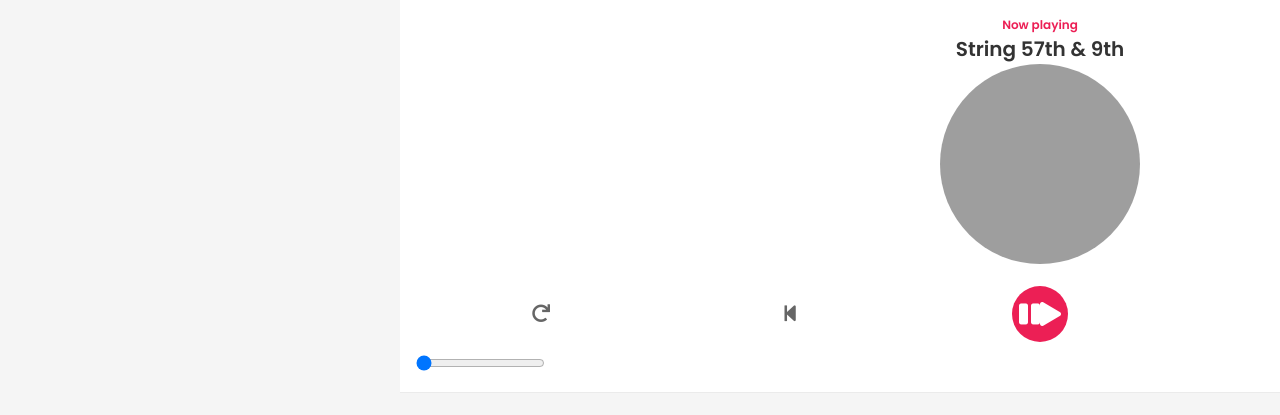
Repository: NBlue/Music_Player
Page: index.html
These files come from the project's save history. The page is drawn as it stood at one moment and after the next save; the edit follows.
The browser window is 1280 px wide. The pictures show the whole page.
Pictures or frames that could not be fetched are drawn as grey boxes.

Above is the page before, as saved 2021-10-12 22:01:28.

### index.html
<!DOCTYPE html>
<html lang="en">
    <head>
        <meta charset="UTF-8" />
        <meta http-equiv="X-UA-Compatible" content="IE=edge" />
        <meta name="viewport" content="width=device-width, initial-scale=1.0" />
        <title>Music player</title>
        <link
            rel="stylesheet"
            href="https://cdnjs.cloudflare.com/ajax/libs/font-awesome/5.15.2/css/all.min.css"
            integrity="sha512-HK5fgLBL+xu6dm/Ii3z4xhlSUyZgTT9tuc/hSrtw6uzJOvgRr2a9jyxxT1ely+B+xFAmJKVSTbpM/CuL7qxO8w=="
            crossorigin="anonymous"
        />
        <link rel="preconnect" href="https://fonts.gstatic.com" />
        <link
            href="https://fonts.googleapis.com/css2?family=Poppins:wght@300;400;600&display=swap"
            rel="stylesheet"
        />

        <link rel="stylesheet" href="./assets/css/style.css" />
    </head>
    <body>
        <div class="player">
            <!-- Dashboard - Bảng điều khiển -->
            <div class="dashboard">
                <!-- Header -->
                <header>
                    <h4>Now playing</h4>
                    <h2>String 57th & 9th</h2>
                </header>

                <!-- CD -->
                <div class="cd">
                    <div
                        class="cd-thumb"
                        style="
                            background-image: url(https://i.ytimg.com/vi/jTLhQf5KJSc/maxresdefault.jpg);
                        "
                    ></div>
                </div>

                <!-- Control -->
                <div class="control">
                    <div class="btn btn-repeat">
                        <i class="fas fa-redo"></i>
                    </div>
                    <div class="btn btn-prev">
                        <i class="fas fa-step-backward"></i>
                    </div>
                    <div class="btn btn-toggle-play">
                        <i class="fas fa-pause icon-pause"></i>
                        <i class="fas fa-play icon-play"></i>
                    </div>
                    <div class="btn btn-next">
                        <i class="fas fa-step-forward"></i>
                    </div>
                    <div class="btn btn-random">
                        <i class="fas fa-random"></i>
                    </div>
                </div>

                <input
                    type="range"
                    id="progress"
                    class="progress"
                    value="0"
                    step="1"
                    min="0"
                    max="100"
                />

                <audio src="" id="audio"></audio>
            </div>

            <!-- Playlist -->
            <div class="playlist">
                <div class="song">
                    <div
                        class="thumb"
                        style="
                            background-image: url(https://i.ytimg.com/vi/jTLhQf5KJSc/maxresdefault.jpg);
                        "
                    ></div>
                    <div class="body">
                        <h3 class="title">Music name</h3>
                        <p class="author">Singer</p>
                    </div>
                    <div class="option">
                        <i class="fas fa-ellipsis-h"></i>
                    </div>
                </div>
                <div class="song">
                    <div
                        class="thumb"
                        style="
                            background-image: url(https://i.ytimg.com/vi/jTLhQf5KJSc/maxresdefault.jpg);
                        "
                    ></div>
                    <div class="body">
                        <h3 class="title">Music name</h3>
                        <p class="author">Singer</p>
                    </div>
                    <div class="option">
                        <i class="fas fa-ellipsis-h"></i>
                    </div>
                </div>
                <div class="song">
                    <div
                        class="thumb"
                        style="
                            background-image: url(https://i.ytimg.com/vi/jTLhQf5KJSc/maxresdefault.jpg);
                        "
                    ></div>
                    <div class="body">
                        <h3 class="title">Music name</h3>
                        <p class="author">Singer</p>
                    </div>
                    <div class="option">
                        <i class="fas fa-ellipsis-h"></i>
                    </div>
                </div>
            </div>
        </div>
    </body>
</html>

### assets/css/style.css
:root {
    --primary-color: #ec1f55;
    --text-color: #333;
}

* {
    padding: 0;
    margin: 0;
    box-sizing: border-box;
}

body {
    background-color: #f5f5f5;
}

html {
    box-sizing: border-box;
    font-family: "Poppins", sans-serif;
}

.player {
    position: relative;
    max-width: 480px;
    margin: 0 auto;
}

.player .icon-pause {
    display: inline-block;
}

.player.playing .icon-play {
    display: none;
}

.dashboard {
    padding: 16px 16px 14px;
    background-color: #fff;
    position: fixed;
    top: 0;
    width: 100%;
    min-width: 480px;
    border-bottom: 1px solid #ebebeb;
}

/* HEADER */
header {
    text-align: center;
    border-bottom: 10px;
}

header h4 {
    color: var(--primary-color);
    font-size: 12px;
}

header h2 {
    color: var(--text-color);
    font-size: 20px;
}

/* CD */
.cd {
    display: flex;
    margin: auto;
    width: 200px;
}

.cd-thumb {
    width: 100%; /*Xét chiều rộng cho ảnh*/
    padding-bottom: 100%; /* Phải padding top hoặc botom thì ảnh mới hiện ra*/
    border-radius: 50%;
    background-color: #333;
    background-size: cover;
    margin: auto;
}

/* CONTROL */
.control {
    display: flex;
    justify-content: space-around;
    align-items: center;
    padding: 18px 0 8px 0;
}

.control .btn {
    color: #666;
    padding: 18px;
    font-size: 18px;
}

.control .btn.active {
    color: var(--primary-color);
}

.control .btn-toggle-play {
    width: 56px;
    height: 56px;
    border-radius: 50%;
    font-size: 24px;
    color: #fff;
    display: flex;
    justify-content: center;
    align-items: center;
    background-color: var(--primary-color);
}
.btn-repeat {
}
.fas {
}
.fa-redo {
}
.btn-prev {
}
.fa-step-backward {
}
.btn-toggle-play {
}
.fa-pause {
}
.icon-pause {
}
.fa-play {
}
.icon-play {
}
.btn-next {
}
.fa-step-forward {
}
.btn-random {
}
.fa-random {
}
.progress {
}
.playlist {
}
.song {
}
.thumb {
}
.body {
}
.title {
}
.author {
}
.option {
}
.fa-ellipsis-h {
}
.btn.btn-repeat {
}
.fas.fa-redo {
}
.btn.btn-prev {
}
.fas.fa-step-backward {
}
.btn.btn-toggle-play {
}
.fas.fa-pause.icon-pause {
}
.fas.fa-play.icon-play {
}
.btn.btn-next {
}
.fas.fa-step-forward {
}
.btn.btn-random {
}
.fas.fa-random {
}
.fas.fa-ellipsis-h {
}

After the next save:
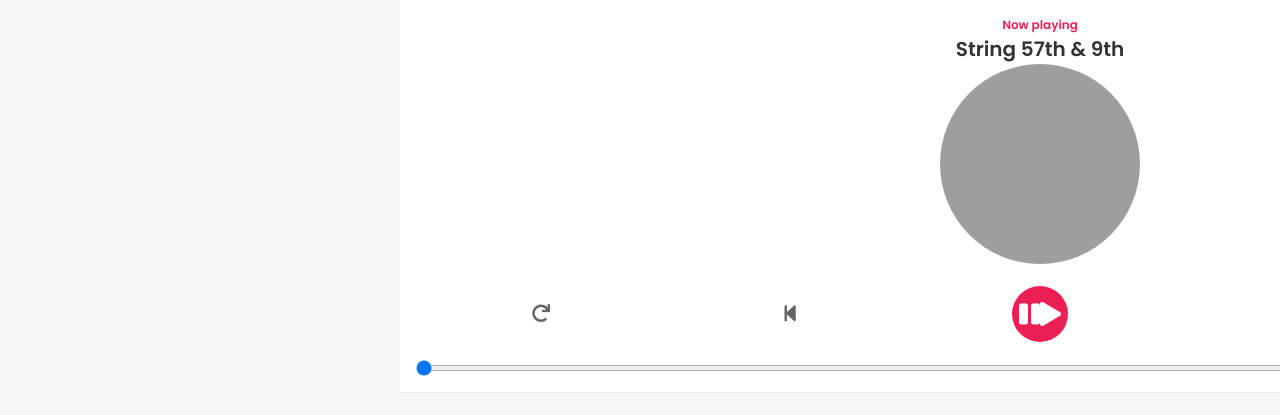
Saved 2 min 16 s later.
--- a/assets/css/style.css
+++ b/assets/css/style.css
@@ -103,35 +103,10 @@ header h2 {
     align-items: center;
     background-color: var(--primary-color);
 }
-.btn-repeat {
-}
-.fas {
-}
-.fa-redo {
-}
-.btn-prev {
-}
-.fa-step-backward {
-}
-.btn-toggle-play {
-}
-.fa-pause {
-}
-.icon-pause {
-}
-.fa-play {
-}
-.icon-play {
-}
-.btn-next {
-}
-.fa-step-forward {
-}
-.btn-random {
-}
-.fa-random {
-}
+
 .progress {
+    width: 100%;
+    height: 6px;
 }
 .playlist {
 }
